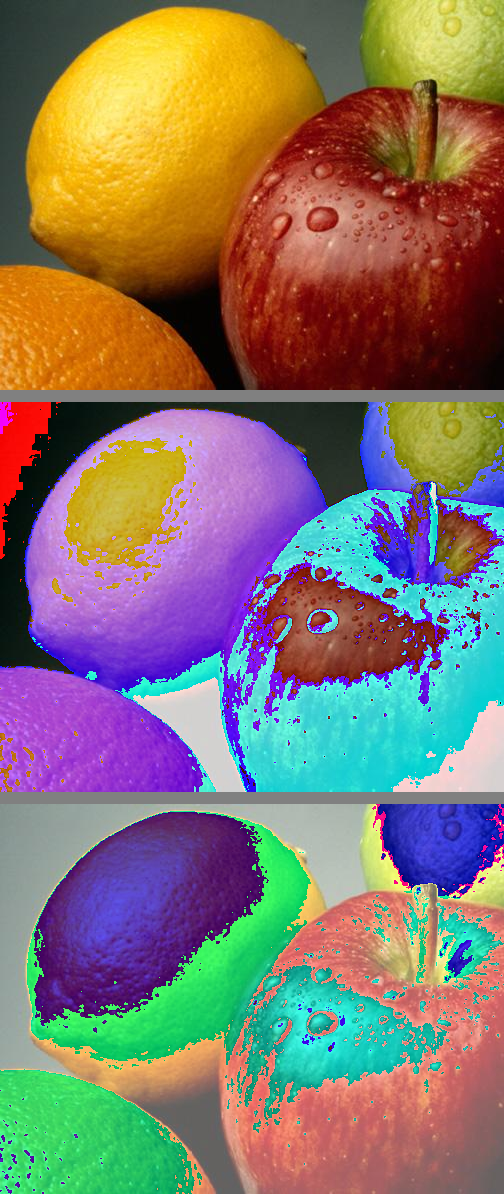
Repository: Dapravith/I5-GIC-Image-Processing
Script's output: python ROTHA_Dapravith_e20190915_TP5.py
These files come from the project's save history. The script's output is drawn as it stood at one moment and after the next save; the edit follows.
Each picture stacks the figures in order, with grey between them; figures that are only written to a file come last. Random numbers start from a fixed seed. It also reads images/fruit3.jpg.

Above is the script's output before, as saved 2024-01-18 16:40:41.

### ROTHA_Dapravith_e20190915_TP5.py
import cv2 as cv
import numpy as np
img = cv.imread("images/fruit3.jpg")
image = cv.imshow("Image",img)

def darkness():
    darkness =np.copy(img)
    # set modify values
    modify_value= 50
    for x in range(len(img)):
        for y in range(len(img[x])):
            #Operation
            new_R = img[x,y,2] - modify_value
            new_G = img[x,y,1] - modify_value
            new_B = img[x,y,0] - modify_value
            # check condition of the intensity which is smaller than 0
            if new_B < 0:
                new_B = 0
            if new_G < 0:
                new_G=0
            if new_R <0:
                new_R=0
            #Add new intensity which has modified value
            darkness[x,y] = [new_B,new_G,new_R]
    cv.imshow("Darkness Image",darkness)

def brightness():
    brightness= np.copy(img)
    modify_value= 95
    for x in range(len(img)):
        for y in range(len(img[x])):
            #Operation
            new_R = modify_value + img[x,y,2]
            new_G = modify_value + img[x,y,1]
            new_B = modify_value + img[x,y,0]
            # check condition of the intensity which is bigger than 255
            if new_B > 255:
                new_B = 255
            if new_G > 255:
                new_G = 255
            if new_R > 255:
                new_R = 255
            #Add new intensity which has modified value
            brightness[x,y] = [new_B,new_G,new_R]
    cv.imshow("Brightness Image",brightness)

image
darkness()
brightness()
cv.waitKey(0)

After the next save:
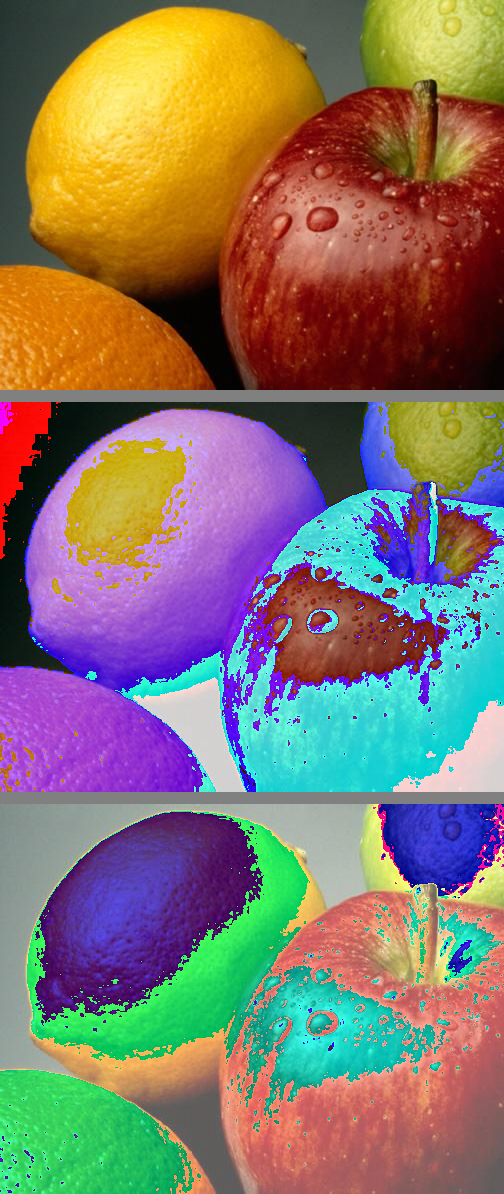
Saved 27 s later.
--- a/ROTHA_Dapravith_e20190915_TP5.py
+++ b/ROTHA_Dapravith_e20190915_TP5.py
@@ -26,7 +26,7 @@ def darkness():
 
 def brightness():
     brightness= np.copy(img)
-    modify_value= 95
+    modify_value= 90
     for x in range(len(img)):
         for y in range(len(img[x])):
             #Operation
